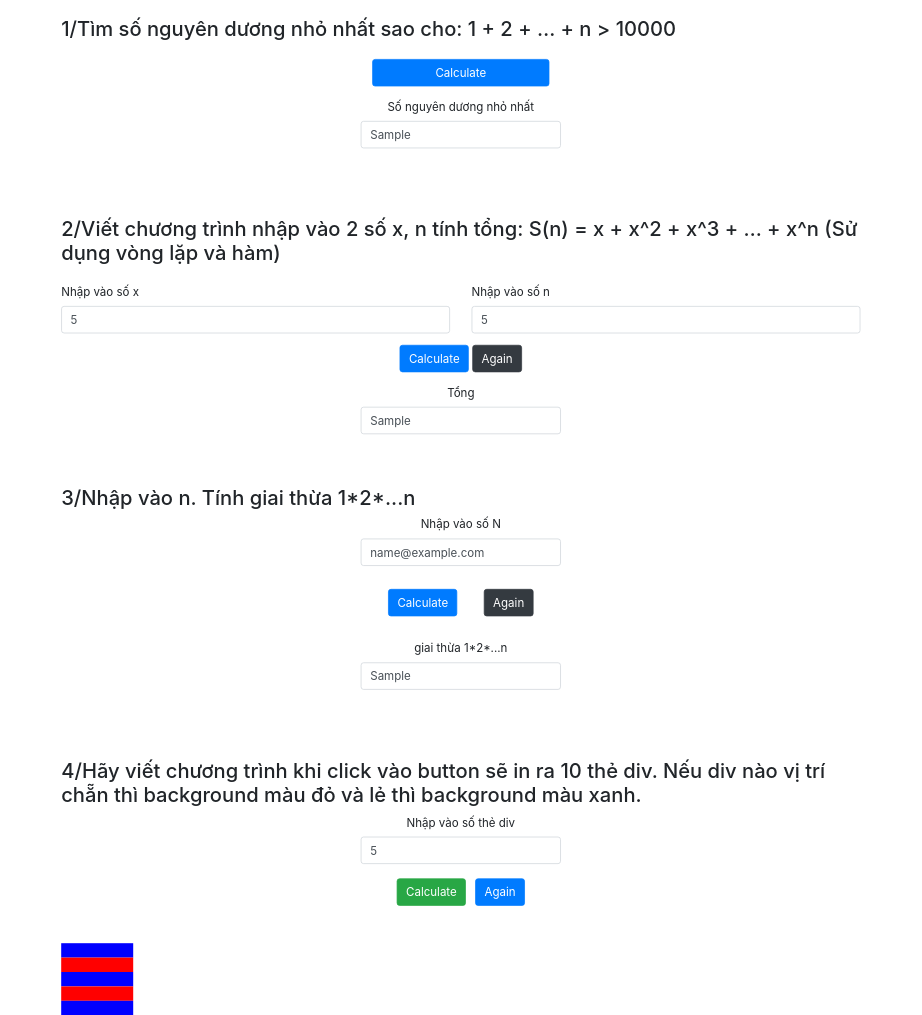
Repository: baobaodeveloper/bootcamp21__loop__HuynhAnhBao
Page: index.html
The author's editor kept a copy of each file at every save. The page is drawn from the files as they stood at one save, then again after the next save.
The browser window is 1280 px wide. The pictures show the whole page, at 72% of full size.
Empty fields were first filled with sample values (such as "Sample", 5 or name@example.com).
After loading, the first visible `#creat-div` was clicked once.

Above is the page before, as saved 2022-03-17 19:35:46.

After the next save:
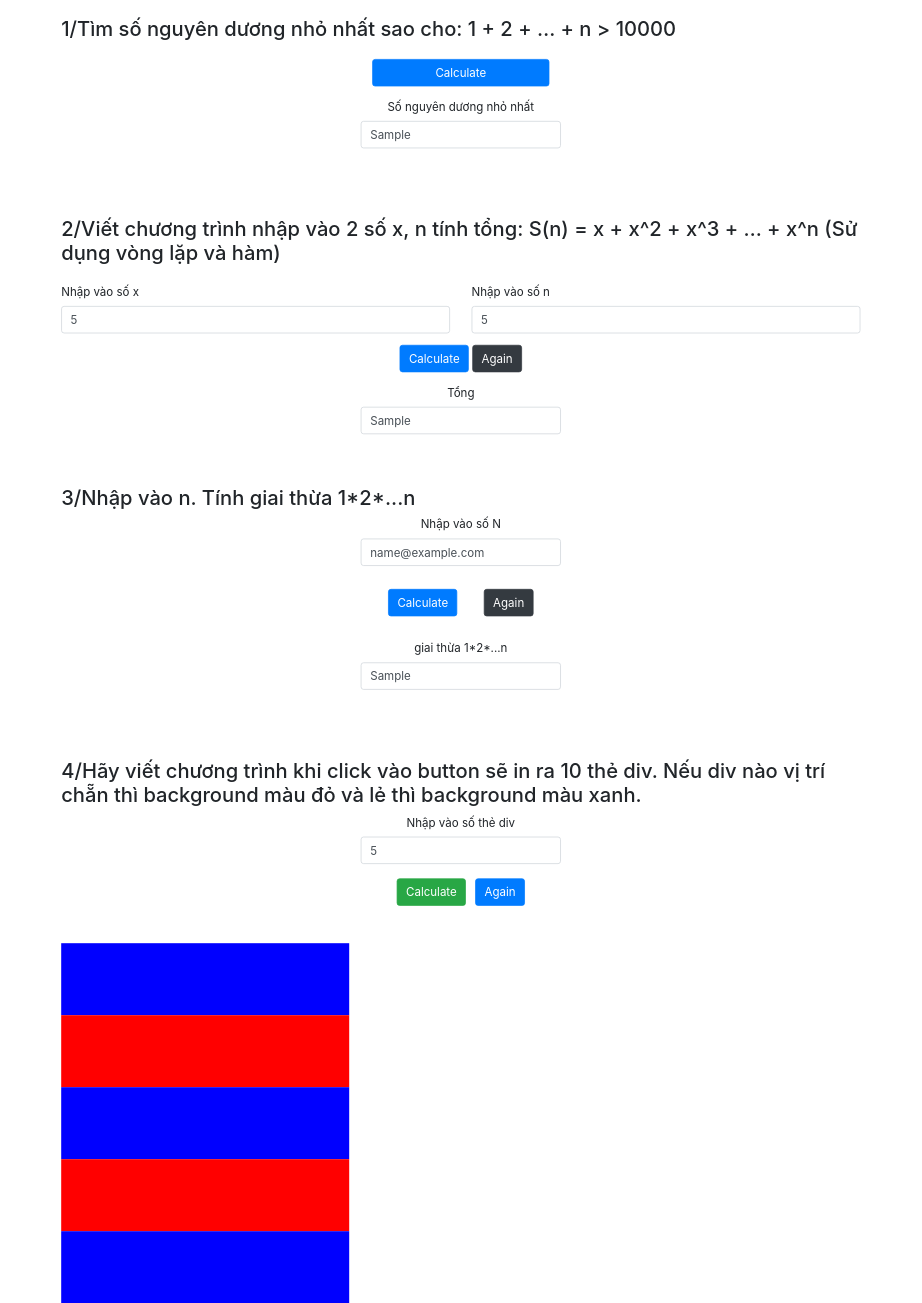
Saved 21 s later.
--- a/exercise4.js
+++ b/exercise4.js
@@ -5,8 +5,8 @@ document.getElementById("creat-div").addEventListener("click", () => {
   if (!numDiv.value) return;
 
   const numDivValue = +numDiv.value;
-  const redDiv = `<div style="height: 20px; width: 100px; background-color: red"></div>`;
-  const blueDiv = `<div style="height: 20px; width: 100px; background-color: blue"></div>`;
+  const redDiv = `<div style="height: 100px; width: 400px; background-color: red"></div>`;
+  const blueDiv = `<div style="height: 100px; width: 400px; background-color: blue"></div>`;
 
   for (let i = 1; i <= numDivValue; i++) {
     if (i % 2 === 0) {
